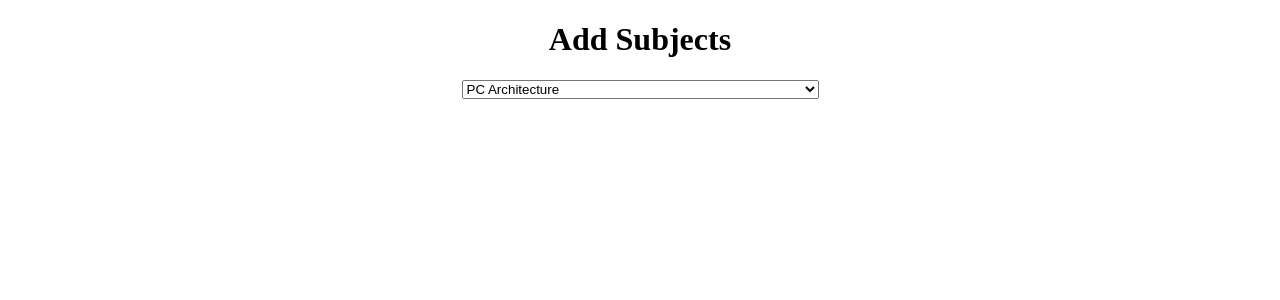
Repository: Gauravsh20/CollegeProject
Page: http://localhost/Clg_project/Add_Subjects.jsp
These files come from the project's save history. The page is drawn as it stood at one moment and after the next save; the edit follows.
The browser window is 1280 px wide. The pictures show the whole page.
The page is served by Tomcat 9. Other server files are loaded and not shown.

Above is the page before, as saved 2022-10-25 07:00:44.

### Clg_project/src/main/webapp/Add_Subjects.jsp
<%@ taglib uri="http://java.sun.com/jsp/jstl/core" prefix="c" %>
<%@ page language="java" contentType="text/html; charset=ISO-8859-1"
    pageEncoding="ISO-8859-1"%>
<!DOCTYPE html>
<html>
<head>
<meta charset="ISO-8859-1">
<title>Insert title here</title>
<script src="https://code.jquery.com/jquery-3.5.1.min.js"></script>
</head>
<body>
<script>
    $(document) .ready(function() {
    	$("#subject").change(function(){
    	var values=$("#subject option:selected");
    	if(values.text()=="C#"){
    		alert(values.text());
        	}
    	});
    	});
</script>
<center>
<h1>Add Subjects</h1>

<form action="">
<select id="subject" name="subject">
<option  value = "PC Architecture">PC Architecture</option>
<option value = "PC Hardware 1">PC Hardware 1</option>
<option value = "PC Hardware 2">PC Hardware 1</option>
<option value = "Microprocessor Interfacing devices & Embedded System">Microprocessor Interfacing devices & Embedded System</option>
<option value = "C#">C#</option>
<option value = "Data Structures">Data Structures</option>
<option value = "Operating System">Operating System</option>
<option value = "SQL Server">SQL Server</option>
</select> <br/><br/>

</form>
</center>
</body>
</html>

After the next save:
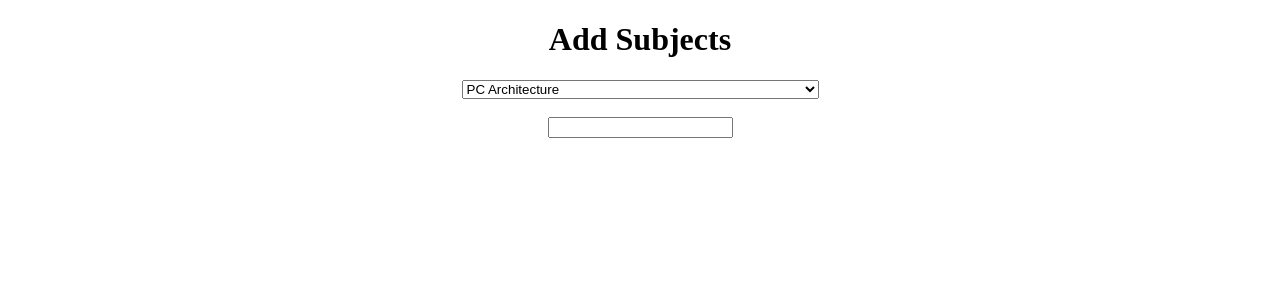
Saved 84 s later.
--- a/Clg_project/src/main/webapp/Add_Subjects.jsp
+++ b/Clg_project/src/main/webapp/Add_Subjects.jsp
@@ -33,7 +33,7 @@
 <option value = "Operating System">Operating System</option>
 <option value = "SQL Server">SQL Server</option>
 </select> <br/><br/>
-
+<input type="number" name="instructor">
 </form>
 </center>
 </body>
